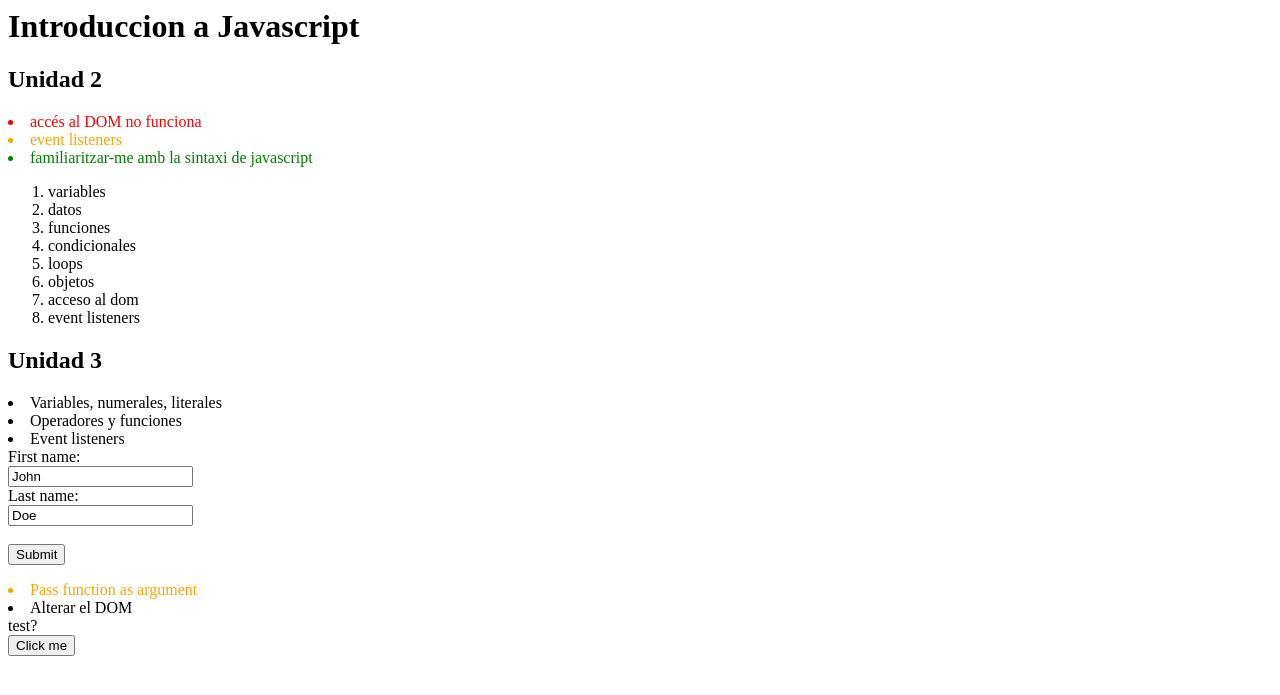
Repository: gabrielardevol/portfolio-react
Page: javascript_domestika/html.html
These files come from the project's save history. The page is drawn as it stood at one moment and after the next save; the edit follows.
The browser window is 1280 px wide. The pictures show the whole page.

Above is the page before, as saved 2022-12-20 11:55:24.

After the next save:
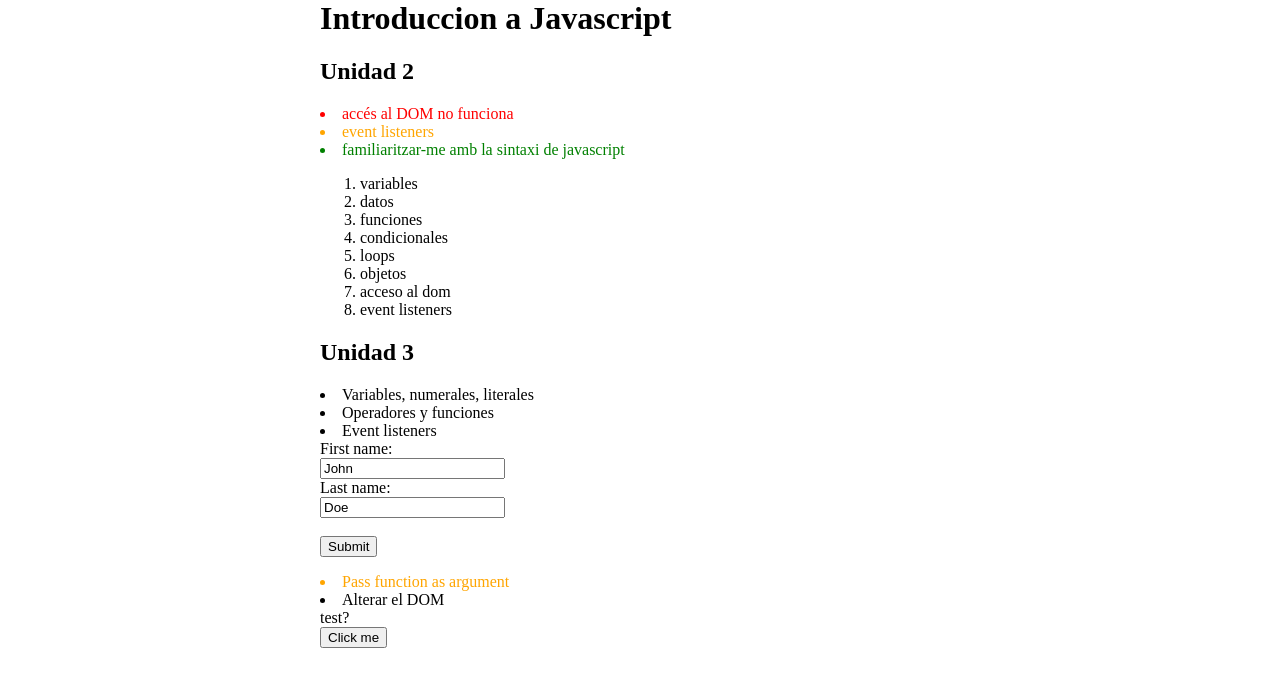
Saved 39 s later.
--- a/javascript_domestika/html.html
+++ b/javascript_domestika/html.html
@@ -4,7 +4,7 @@
 
 </style>
   </head>
-  <body style="width: 50%, margin: auto">
+  <body style="margin: auto ; width: 50%">
     <h1>Introduccion a Javascript</h1>
     <h2>Unidad 2</h2>
      <!-- <script src = "javascript.js"></script> -->
